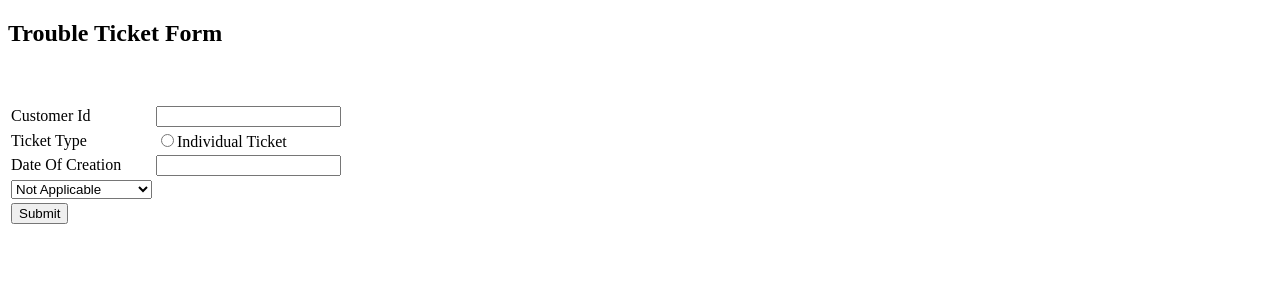
Repository: ApoorvaVeluri/JavaProject
Page: http://localhost/userinterface/Input.jsp
These files come from the project's save history. The page is drawn as it stood at one moment and after the next save; the edit follows.
The browser window is 1280 px wide. The pictures show the whole page.
The page is served by Tomcat 9. Other server files are loaded and not shown.

Above is the page before, as saved 2015-08-20 10:51:22.

### html/userinterface/WebContent/Input.jsp
<%@ page language="java" contentType="text/html; charset=ISO-8859-1"
	pageEncoding="ISO-8859-1"%>
<!DOCTYPE html PUBLIC "-//W3C//DTD HTML 4.01 Transitional//EN" "http://www.w3.org/TR/html4/loose.dtd">
<html>
<head>
<meta http-equiv="Content-Type" content="text/html; charset=ISO-8859-1">
<title>Insert title here</title>
</head>
<body>
	<h2>Trouble Ticket Form</h2>
	<form method="POST" action="">
		<table>
		<div align="center"><br></div>
			<tr>
				<td>Customer Id</td>
				<td><input type="text" name="customerid" /></td>
			</tr>

			<br>



			<tr>
				<td>Ticket Type</td>
				<td><input type="radio" name="index" value="ticket_type" />Individual Ticket</td>

			</tr>

			<tr>
				<td>Date Of Creation</td>
				<td><input type="text" name="Date" /></td>
			</tr>

			<tr>
				<td><select name="Disposition Id">
				<	<option value="Not Applicable">Not Applicable</option>
					<option value="Technician Dispatch">Technician Dispatch</option>
					<option value="Device Dispatch">Device Dispatch</option>

				</select>
				</td>
			</tr>
			<tr>
				<td colspan="2"><input type="submit" value="Submit" /></td>
			</tr>
			</div>
		</table>
	</form>
</body>
</html>

After the next save:
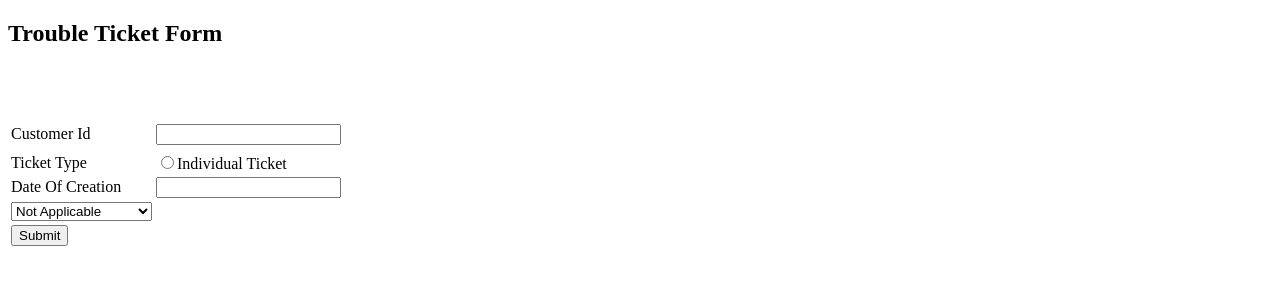
Saved 25 s later.
--- a/html/userinterface/WebContent/Input.jsp
+++ b/html/userinterface/WebContent/Input.jsp
@@ -15,11 +15,13 @@
 				<td>Customer Id</td>
 				<td><input type="text" name="customerid" /></td>
 			</tr>
+			<tr>
+			<br>
+			</tr>
 
+			<tr>
 			<br>
-
-
-
+			</tr>
 			<tr>
 				<td>Ticket Type</td>
 				<td><input type="radio" name="index" value="ticket_type" />Individual Ticket</td>
